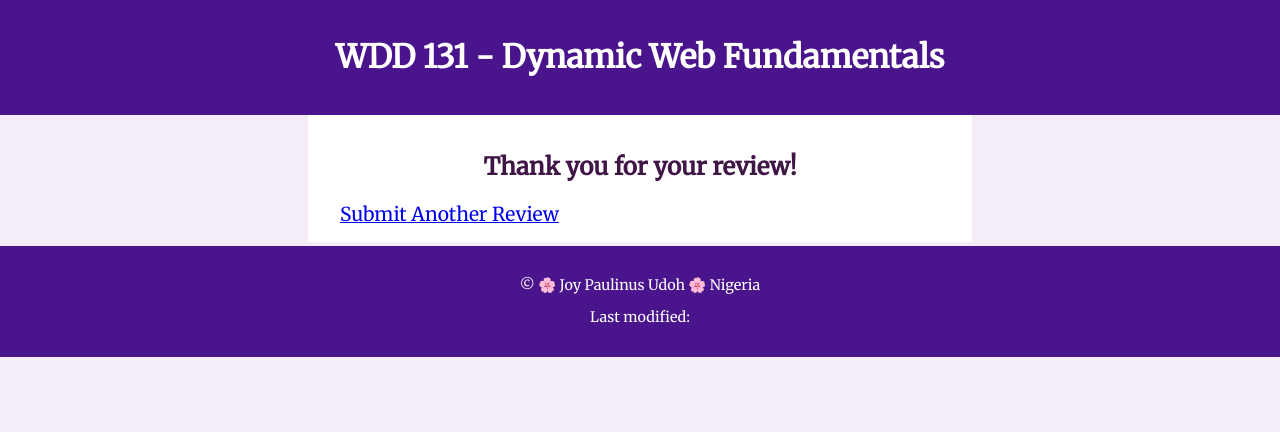
Repository: JoyUdoh106/wdd131
Page: review.html
An editor plug-in stored every save of this project. The page is shown before and after a run of saves, followed by the edit.
The browser window is 1280 px wide. The pictures show the whole page.

Above is the page before, as saved 2025-08-09 17:31:13.

### review.html
<!DOCTYPE html>
<html lang="en">
<head>
    <meta charset="UTF-8">
    <meta name="viewport" content="width=device-width, initial-scale=1.0">
    <title>WDD 131 - Dynamic Web Fundamentals - Review Submitted</title>
    <meta name="description" content="Review Submission Page">
    <meta name="author" content="Joy Paulinus Udoh">

    <link rel="stylesheet" href="styles/form.css">
    <script src="scripts/review.js" defer></script>

    <link rel="preconnect" href="https://fonts.googleapis.com">
    <link rel="preconnect" href="https://fonts.gstatic.com" crossorigin>
    <link href="https://fonts.googleapis.com/css2?family=Merriweather:wght@300;400&family=Roboto:ital,wght@0,100..900;1,100..900&display=swap" rel="stylesheet">
</head>
<body>
    <header>
        <h1>WDD 131 - Dynamic Web Fundamentals</h1>
    </header>
    <main>
        <h2>Thank you for your review!</h2>
        <p id="counter"></p>
        <a href="form.html">Submit Another Review</a>
    </main>
    <footer>
        <p>&copy; <span id="year"></span> 🌸 Joy Paulinus Udoh 🌸 Nigeria</p>
        <p>Last modified: <span id="last-modified"></span></p>
    </footer>
</body>
</html>

### styles/form.css
body {
    margin: 0;
    background-color: #f4edf8;
    padding: 0;
    font-family: "Merriweather", sans-serif;
}

header {
    background-color: #4A148C;
    color: white;
    text-align: center;
    padding: 1rem;
}

main {
    max-width: 600px;
    margin: auto;
    background-color: #fff;
    padding: 1rem 2rem;
}

h2 {
    color: #3f1646;
    text-align: center;
}

form {
    display: flex;
    flex-direction: column;
    gap: 1rem;
}

label, legend {
    font-weight: bold;
    color: #3f1646;
}

input[type="text"],
input[type="date"],
select, textarea {
    padding: 0.5rem;
    font-size: 1rem;
    width: 100%;
    border: 1px solid #ccc;
    border-radius: 4px;
}

.response {
    display: grid;
}

input[type="checkbox"],
input[type="radio"] {
    margin: 10px 8px;
}

fieldset {
    border-radius: 5px;
}

#counter {
    text-align: center;
}

a {
    font-size: 1.2rem;
}

a:hover {
    color: #610ec7;
}

input[type="submit"]:hover {
    background-color: #5c2168;
}

footer {
    background-color: #4A148C;
    color: white;
    text-align: center;
    padding: 1rem;
    margin-top: 1rem;
    font-size: 0.9rem;
    margin: 0.25rem 0;
}

### scripts/review.js
 let reviewCount = localStorage.getItem("reviewCount");
    reviewCount = reviewCount ? parseInt(reviewCount) + 1 : 1;
    localStorage.setItem("reviewCount", reviewCount);
    document.getElementById("counter").textContent = ``

// let reviewCount = parseInt(localStorage.getItem("reviewCount")) || 0;
// document.getElementById("counter").textContent = `You have submitted ${reviewCount} review(s).`;

After the next 6 saves:
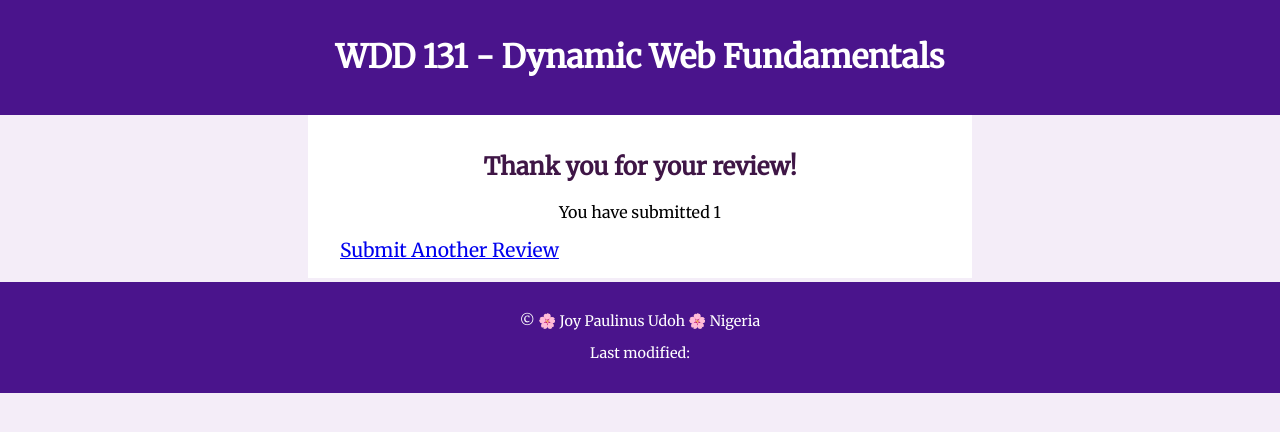
The 6 saves are shown as one change because they came seconds apart.
The last was saved 15 s later.
--- a/scripts/review.js
+++ b/scripts/review.js
@@ -1,7 +1,7 @@
  let reviewCount = localStorage.getItem("reviewCount");
     reviewCount = reviewCount ? parseInt(reviewCount) + 1 : 1;
     localStorage.setItem("reviewCount", reviewCount);
-    document.getElementById("counter").textContent = ``
+    document.getElementById("counter").textContent = `You have submitted ${reviewCount}`
 
 // let reviewCount = parseInt(localStorage.getItem("reviewCount")) || 0;
 // document.getElementById("counter").textContent = `You have submitted ${reviewCount} review(s).`;
